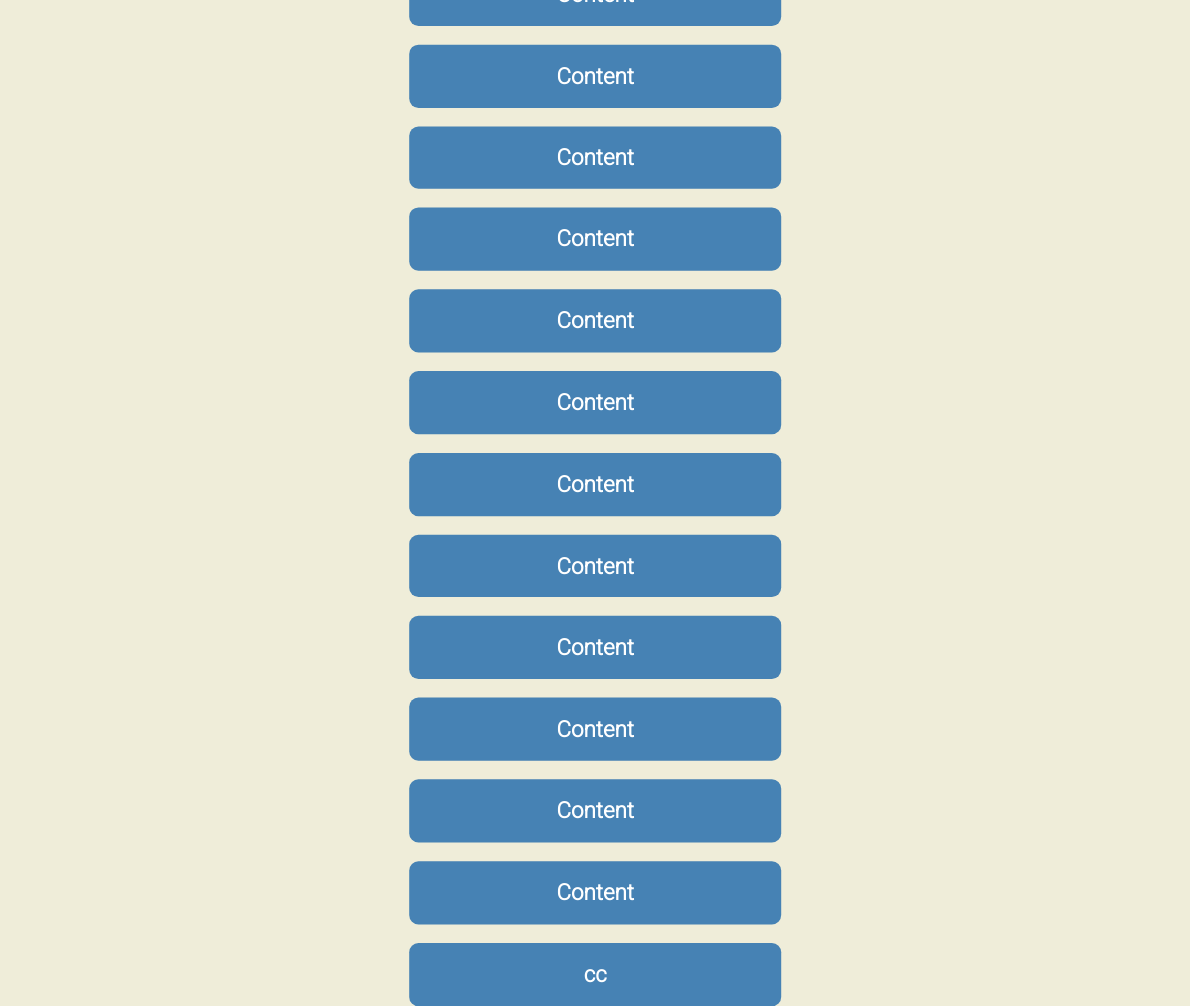
Repository: Berkan71/js-example-little-projects
Page: scrool-animation/index.html
An editor plug-in stored every save of this project. The page is shown before and after the next save, followed by the edit.
The browser window is 1280 px wide. The pictures show the whole page, at 93% of full size.

Above is the page before, as saved 2022-07-27 19:48:20.

After the next save:
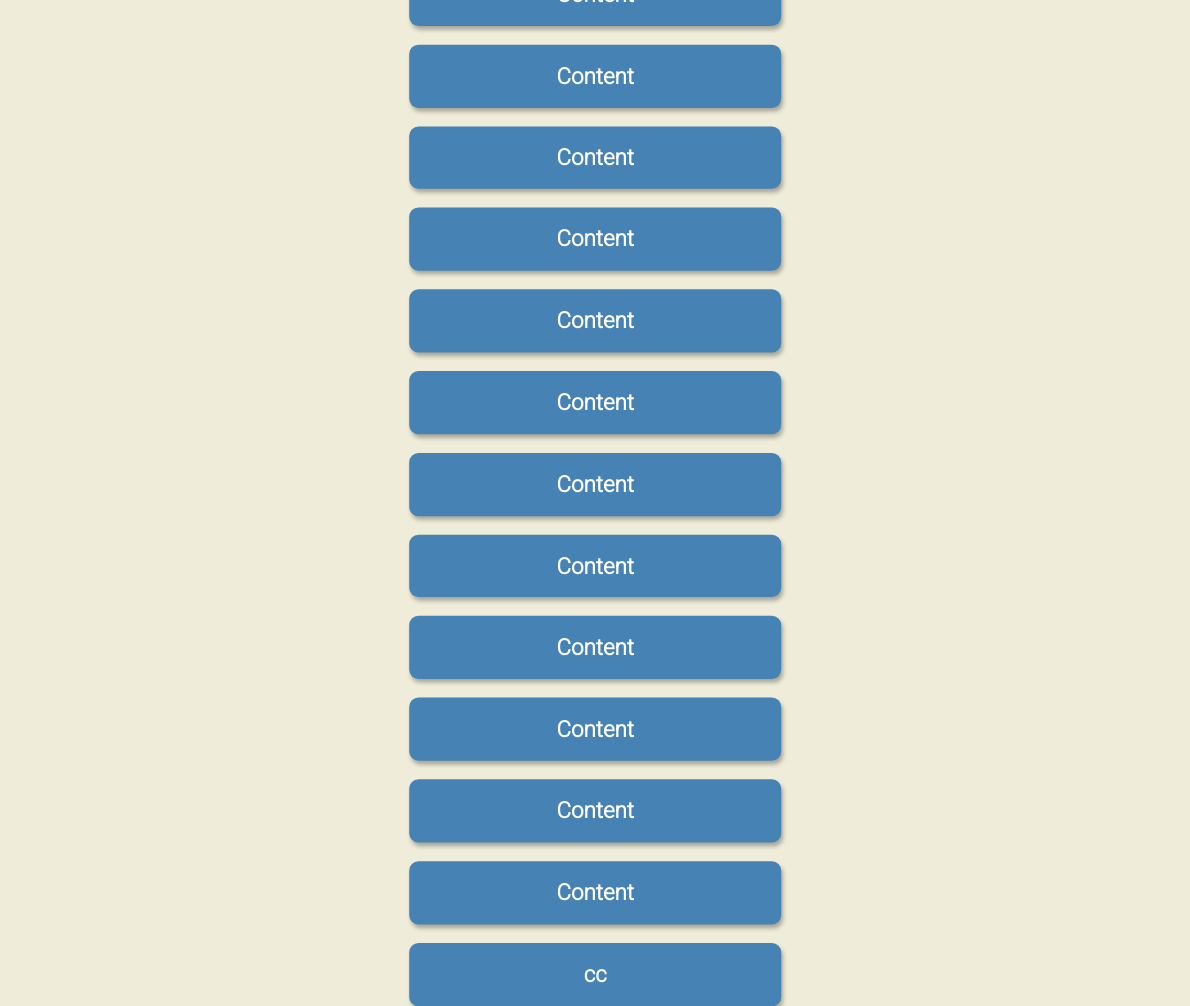
Saved 41 s later.
--- a/scrool-animation/style.css
+++ b/scrool-animation/style.css
@@ -30,4 +30,5 @@ h1 {
     height: 200px;
     margin: 10px;
     border-radius: 10px;
+    box-shadow: 2px 4px 5px rgba(0,0,0,0.3);
 }
